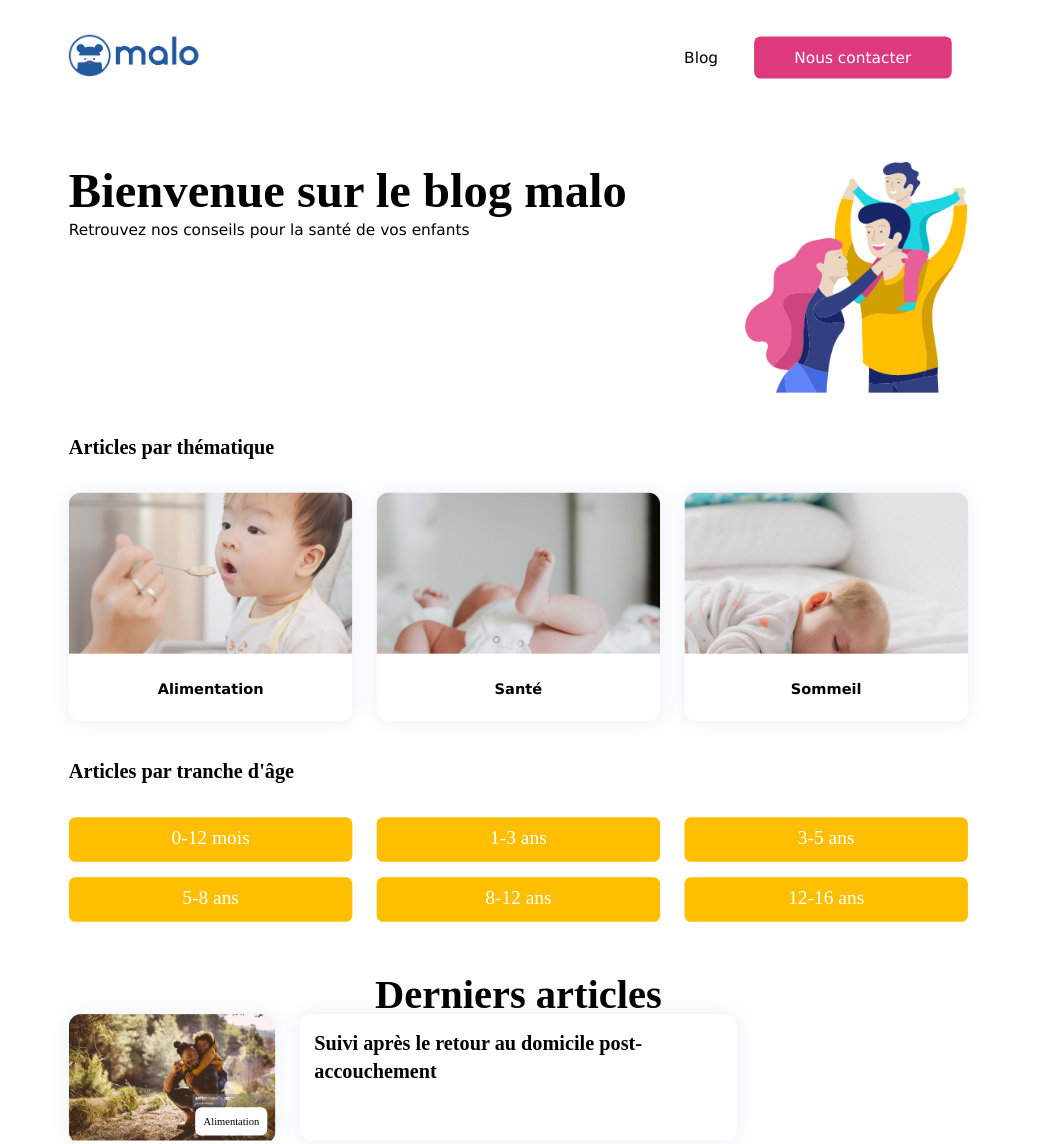
Repository: carbone-dev/keli-malo
Page: blog.html
These files come from the project's save history. The page is drawn as it stood at one moment and after the next save; the edit follows.
The browser window is 1280 px wide. The pictures show the whole page, at 81% of full size.

Above is the page before, as saved 2020-12-09 15:49:30.

After the next save:
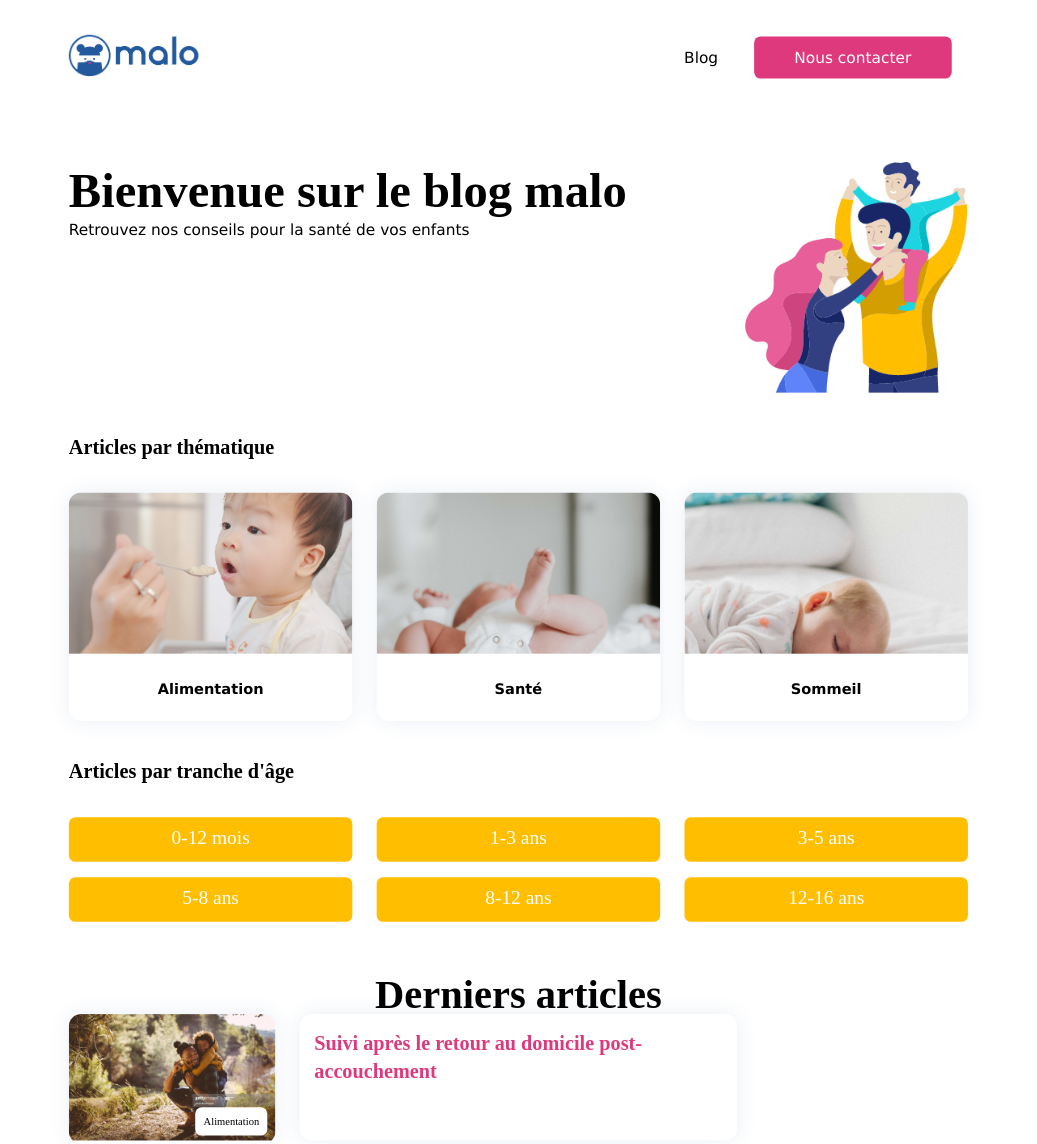
Saved 26 s later.
--- a/css/style.css
+++ b/css/style.css
@@ -13,6 +13,18 @@
 
 .full-width{
   width: 100%;
+}
+
+.primary {
+  color: #de397c;
+}
+
+.secondary {
+  color: #1a5a9d;
+}
+
+.tertiary {
+  color: #ffbf00;
 }
 
 .btn-primary {
